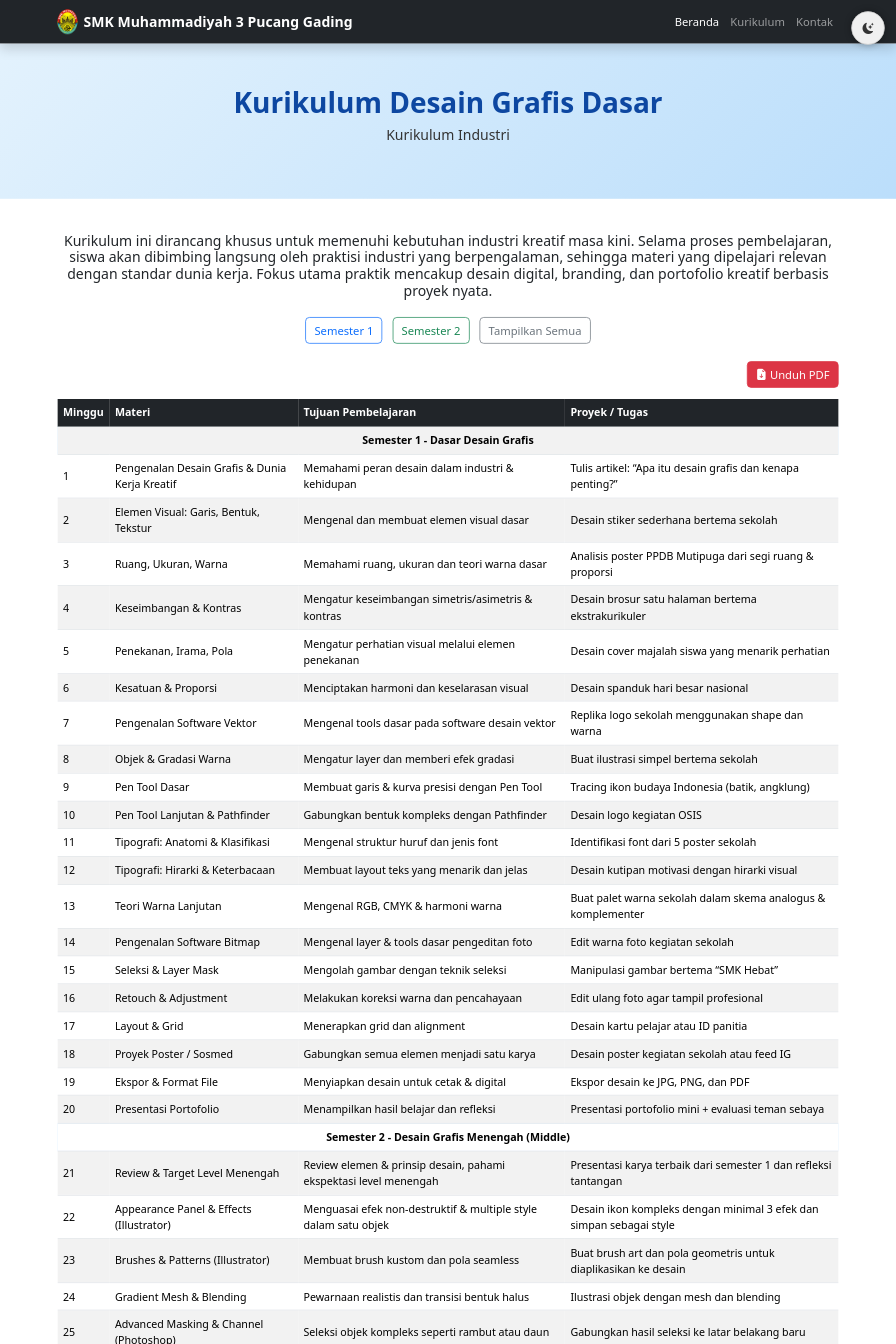
Repository: ppdbsmkmutipuga/kurikulumdesain
Page: index.html
These files come from the project's save history. The page is drawn as it stood at one moment and after the next save; the edit follows.
The browser window is 1280 px wide. The pictures show the part of the page from y = 0 to 1920 px (the page is 2963 px tall before and 2959 px after), at 70% of full size.

Above is the page before, as saved 2025-07-01 05:26:08.

### index.html
<!DOCTYPE html>
<html lang="id">

<head>
    <meta charset="UTF-8" />
    <meta name="viewport" content="width=device-width, initial-scale=1.0" />
    <title>Kurikulum Desain Grafis - SMK Mutipuga</title>
    <link href="https://cdn.jsdelivr.net/npm/bootstrap@5.3.3/dist/css/bootstrap.min.css" rel="stylesheet" />
    <link href="https://cdnjs.cloudflare.com/ajax/libs/aos/2.3.4/aos.css" rel="stylesheet" />
    <link href="https://cdn.jsdelivr.net/npm/bootstrap-icons@1.10.5/font/bootstrap-icons.css" rel="stylesheet">
    <link rel="stylesheet" href="style.css">
    <script src="https://cdnjs.cloudflare.com/ajax/libs/html2pdf.js/0.10.1/html2pdf.bundle.min.js"></script>

</head>

<body>
    <button class="btn btn-outline-light mode-toggle position-fixed top-0 end-0 m-3" onclick="toggleMode()"
        title="Mode Gelap/Terang">
        <i class="bi bi-moon-stars-fill"></i>
    </button>


    <!-- Navbar -->
    <nav class="navbar navbar-expand-lg navbar-dark bg-dark sticky-top shadow">
        <div class="container">
            <a class="navbar-brand d-flex align-items-center gap-2" href="#">
                <img src="images/logo.png" alt="Logo SMK Mutipuga" height="36" />
                <span class="fw-bold text-white">SMK Muhammadiyah 3 Pucang Gading</span>
            </a>
            <button class="navbar-toggler" type="button" data-bs-toggle="collapse" data-bs-target="#navMenu"
                aria-controls="navMenu" aria-expanded="false" aria-label="Toggle navigation">
                <span class="navbar-toggler-icon"></span>
            </button>
            <div class="collapse navbar-collapse" id="navMenu">
                <ul class="navbar-nav ms-auto mb-2 mb-lg-0">
                    <li class="nav-item">
                        <a class="nav-link active" href="#">Beranda</a>
                    </li>
                    <li class="nav-item">
                        <a class="nav-link" href="#pdf-content">Kurikulum</a>
                    </li>
                    <li class="nav-item">
                        <a class="nav-link" href="#footer">Kontak</a>
                    </li>
                </ul>
            </div>
        </div>
    </nav>

    <!-- Hero Section -->
    <section class="hero" data-aos="fade-down">
        <div class="container">
            <h1>Kurikulum Desain Grafis Dasar</h1>
            <p class="lead">Kurikulum Industri</p>
        </div>
    </section>

    <!-- Table Section -->
    <section class="container my-5" data-aos="fade-up">
        <h5 class="section-title text-center">
            Kurikulum ini dirancang khusus untuk memenuhi kebutuhan industri kreatif masa kini.
            Selama proses pembelajaran, siswa akan dibimbing langsung oleh praktisi industri yang berpengalaman,
            sehingga materi yang dipelajari relevan dengan standar dunia kerja.
            Fokus utama praktik mencakup desain digital, branding, dan portofolio kreatif berbasis proyek nyata.
        </h5>

        <div class="filter-buttons">
            <button class="btn btn-outline-primary" onclick="filterSemester(1)">Semester 1</button>
            <button class="btn btn-outline-success" onclick="filterSemester(2)">Semester 2</button>
            <button class="btn btn-outline-secondary" onclick="filterSemester(0)">Tampilkan Semua</button>
        </div>
        <div class="text-end my-3">
            <button class="btn btn-danger" onclick="downloadPDF()">
                <i class="bi bi-file-earmark-arrow-down-fill"></i> Unduh PDF
            </button>
        </div>

        <div id="pdf-content">
            <div class="table-container">
                <div class="table-responsive">
                    <table class="table table-striped table-hover align-middle mb-0" id="kurikulumTable">
                        <thead class="table-dark">
                            <tr>
                                <th scope="col">Minggu</th>
                                <th scope="col">Materi</th>
                                <th scope="col">Tujuan Pembelajaran</th>
                                <th scope="col">Proyek / Tugas</th>
                            </tr>
                        </thead>
                        <tbody>

                            <!-- Data rows akan di-load lewat JS -->
                        </tbody>
                    </table>
                </div>
            </div>
    </section>

    <!-- Footer -->
    <footer>
        &copy; 2025 SMK Muhammadiyah 3 Pucang Gading
    </footer>

    <!-- Scripts -->
    <script src="https://cdn.jsdelivr.net/npm/bootstrap@5.3.3/dist/js/bootstrap.bundle.min.js"></script>
    <script src="https://cdnjs.cloudflare.com/ajax/libs/aos/2.3.4/aos.js"></script>
    <script src="script.js"></script>
</body>

</html>

### style.css
/* =========================
   HERO SECTION
========================= */
.hero {
  padding: 60px 0;
  background: linear-gradient(135deg, #e3f2fd, #bbdefb);
  text-align: center;
}

.hero h1 {
  font-weight: 700;
  font-size: 2.5rem;
  color: #0d47a1;
}

.hero p {
  font-size: 1.25rem;
  color: #333;
}

body.bg-dark .hero {
  background: linear-gradient(135deg, #1e1e1e, #2c2c2c);
}

body.bg-dark .hero h1 {
  color: #90caf9;
}

body.bg-dark .hero p {
  color: #cccccc;
}

/* =========================
   FILTER BUTTONS
========================= */
.filter-buttons {
  text-align: center;
  margin: 20px 0;
}

.filter-buttons .btn {
  margin: 5px;
}

body.bg-dark .btn-outline-primary {
  color: #90caf9;
  border-color: #90caf9;
}

body.bg-dark .btn-outline-success {
  color: #81c784;
  border-color: #81c784;
}

body.bg-dark .btn-outline-secondary {
  color: #b0bec5;
  border-color: #b0bec5;
}

/* =========================
   TABLE SECTION
========================= */
.table-container {
  overflow-x: auto;
}

.table th,
.table td {
  vertical-align: middle !important;
  font-size: 0.95rem;
}

/* Baris header semester (custom row) */
.table .table-header-row {
  background-color: #cce5ff;
  font-weight: 600;
  text-align: center;
}

body.bg-dark .table .table-header-row {
  background-color: #2c3e50;
  color: #ffffff !important;
}

/* DARK MODE TABLE FIX */
body.bg-dark .table,
body.bg-dark .table td,
body.bg-dark .table th {
  color: #f1f1f1 !important;
  background-color: transparent !important;
  opacity: 1 !important;
}

body.bg-dark .table-striped tbody tr:nth-of-type(odd) {
  background-color: #2c2c2c !important;
}

body.bg-dark .table-striped tbody tr:nth-of-type(even) {
  background-color: #1a1a1a !important;
}

body.bg-dark .table-hover tbody tr:hover {
  background-color: #3a3a3a !important;
}

body.bg-dark .table thead th {
  background-color: #111 !important;
  color: #fff !important;
  border-color: #444 !important;
}

body.bg-dark .table-primary {
  background-color: #455a64 !important;
  color: #fff !important;
}

/* =========================
   FOOTER
========================= */
footer {
  padding: 20px;
  text-align: center;
  background-color: #f1f1f1;
  margin-top: 50px;
  font-size: 0.9rem;
  color: #333;
}

body.bg-dark footer {
  background-color: #1e1e1e;
  color: #e0e0e0;
}

/* =========================
   MODE TOGGLE BUTTON
========================= */

.mode-toggle {
  position: fixed;
  top: 15px;
  right: 15px;
  z-index: 1080;
  border-radius: 50%;
  width: 48px;
  height: 48px;
  display: flex;
  align-items: center;
  justify-content: center;
  background-color: #f0f0f0;
  color: #333;
  border: 1px solid #ccc;
  box-shadow: 0 0 10px rgba(0, 0, 0, 0.3);
}

/* Header tabel semester */
.table-header-row {
  background-color: #cce5ff;
  /* mode terang */
  color: #0d47a1;
}

/* Ubah header semester agar lebih gelap dan teks lebih jelas di dark mode */
body.bg-dark .table-header-row {
  background-color: #37474f;
  /* warna gelap yang elegan */
  color: #ffffff;
}

body.bg-dark .mode-toggle {
  background-color: #333;
  color: #fff;
  border: 1px solid #666;
}

/* Footer default */
footer {
  padding: 20px;
  text-align: center;
  background-color: #f1f1f1;
  margin-top: 50px;
  font-size: 0.9rem;
  color: #333;
}

/* Footer saat dark mode */
body.bg-dark footer {
  background-color: #1e1e1e;
  color: #ccc;
}


/* =========================
   RESPONSIVE
========================= */
@media (max-width: 768px) {
  .hero h1 {
    font-size: 1.8rem;
  }

  .hero p {
    font-size: 1rem;
  }

  .table th,
  .table td {
    font-size: 0.85rem;
  }
}

@media (max-width: 576px) {
  .mode-toggle {
    width: 40px;
    height: 40px;
  }

  .hero {
    padding: 40px 0;
  }
}

@media print {
  body {
    background: #fff !important;
    color: #000 !important;
  }

  .mode-toggle,
  .filter-buttons,
  footer {
    display: none !important;
  }

  .table th,
  .table td {
    font-size: 0.75rem;
  }
}

@media print {

  html,
  body {
    width: 210mm;
    height: 297mm;
    margin: 0;
    padding: 0;
    overflow: hidden;
    zoom: 0.75;
    /* Sesuaikan skala agar muat ke PDF */
  }

  .table-container {
    overflow: visible !important;
  }

  .table-responsive {
    overflow: visible !important;
  }

  table {
    table-layout: fixed;
    width: 100% !important;
    word-wrap: break-word;
  }

  .table td,
  .table th {
    font-size: 10pt !important;
    padding: 6px 8px;
    white-space: normal !important;
  }

  .filter-buttons,
  .mode-toggle,
  footer {
    display: none !important;
  }
}

### script.js
// Inisialisasi animasi AOS
AOS.init();

// Data lengkap Week 1–40
const tableData = [
    { week: 'Semester 1 - Dasar Desain Grafis', isHeader: true, semester: 1 },
    { week: 1, materi: 'Pengenalan Desain Grafis & Dunia Kerja Kreatif', tujuan: 'Memahami peran desain dalam industri & kehidupan', tugas: 'Tulis artikel: “Apa itu desain grafis dan kenapa penting?”', semester: 1 },
    { week: 2, materi: 'Elemen Visual: Garis, Bentuk, Tekstur', tujuan: 'Mengenal dan membuat elemen visual dasar', tugas: 'Desain stiker sederhana bertema sekolah', semester: 1 },
    { week: 3, materi: 'Ruang, Ukuran, Warna', tujuan: 'Memahami ruang, ukuran dan teori warna dasar', tugas: 'Analisis poster PPDB Mutipuga dari segi ruang & proporsi', semester: 1 },
    { week: 4, materi: 'Keseimbangan & Kontras', tujuan: 'Mengatur keseimbangan simetris/asimetris & kontras', tugas: 'Desain brosur satu halaman bertema ekstrakurikuler', semester: 1 },
    { week: 5, materi: 'Penekanan, Irama, Pola', tujuan: 'Mengatur perhatian visual melalui elemen penekanan', tugas: 'Desain cover majalah siswa yang menarik perhatian', semester: 1 },
    { week: 6, materi: 'Kesatuan & Proporsi', tujuan: 'Menciptakan harmoni dan keselarasan visual', tugas: 'Desain spanduk hari besar nasional', semester: 1 },
    { week: 7, materi: 'Pengenalan Software Vektor', tujuan: 'Mengenal tools dasar pada software desain vektor', tugas: 'Replika logo sekolah menggunakan shape dan warna', semester: 1 },
    { week: 8, materi: 'Objek & Gradasi Warna', tujuan: 'Mengatur layer dan memberi efek gradasi', tugas: 'Buat ilustrasi simpel bertema sekolah', semester: 1 },
    { week: 9, materi: 'Pen Tool Dasar', tujuan: 'Membuat garis & kurva presisi dengan Pen Tool', tugas: 'Tracing ikon budaya Indonesia (batik, angklung)', semester: 1 },
    { week: 10, materi: 'Pen Tool Lanjutan & Pathfinder', tujuan: 'Gabungkan bentuk kompleks dengan Pathfinder', tugas: 'Desain logo kegiatan OSIS', semester: 1 },
    { week: 11, materi: 'Tipografi: Anatomi & Klasifikasi', tujuan: 'Mengenal struktur huruf dan jenis font', tugas: 'Identifikasi font dari 5 poster sekolah', semester: 1 },
    { week: 12, materi: 'Tipografi: Hirarki & Keterbacaan', tujuan: 'Membuat layout teks yang menarik dan jelas', tugas: 'Desain kutipan motivasi dengan hirarki visual', semester: 1 },
    { week: 13, materi: 'Teori Warna Lanjutan', tujuan: 'Mengenal RGB, CMYK & harmoni warna', tugas: 'Buat palet warna sekolah dalam skema analogus & komplementer', semester: 1 },
    { week: 14, materi: 'Pengenalan Software Bitmap', tujuan: 'Mengenal layer & tools dasar pengeditan foto', tugas: 'Edit warna foto kegiatan sekolah', semester: 1 },
    { week: 15, materi: 'Seleksi & Layer Mask', tujuan: 'Mengolah gambar dengan teknik seleksi', tugas: 'Manipulasi gambar bertema “SMK Hebat”', semester: 1 },
    { week: 16, materi: 'Retouch & Adjustment', tujuan: 'Melakukan koreksi warna dan pencahayaan', tugas: 'Edit ulang foto agar tampil profesional', semester: 1 },
    { week: 17, materi: 'Layout & Grid', tujuan: 'Menerapkan grid dan alignment', tugas: 'Desain kartu pelajar atau ID panitia', semester: 1 },
    { week: 18, materi: 'Proyek Poster / Sosmed', tujuan: 'Gabungkan semua elemen menjadi satu karya', tugas: 'Desain poster kegiatan sekolah atau feed IG', semester: 1 },
    { week: 19, materi: 'Ekspor & Format File', tujuan: 'Menyiapkan desain untuk cetak & digital', tugas: 'Ekspor desain ke JPG, PNG, dan PDF', semester: 1 },
    { week: 20, materi: 'Presentasi Portofolio', tujuan: 'Menampilkan hasil belajar dan refleksi', tugas: 'Presentasi portofolio mini + evaluasi teman sebaya', semester: 1 },
    { week: 'Semester 2 - Desain Grafis Menengah (Middle)', isHeader: true, semester: 2 },
    { week: 21, materi: 'Review & Target Level Menengah', tujuan: 'Review elemen & prinsip desain, pahami ekspektasi level menengah', tugas: 'Presentasi karya terbaik dari semester 1 dan refleksi tantangan', semester: 2 },
    { week: 22, materi: 'Appearance Panel & Effects (Illustrator)', tujuan: 'Menguasai efek non-destruktif & multiple style dalam satu objek', tugas: 'Desain ikon kompleks dengan minimal 3 efek dan simpan sebagai style', semester: 2 },
    { week: 23, materi: 'Brushes & Patterns (Illustrator)', tujuan: 'Membuat brush kustom dan pola seamless', tugas: 'Buat brush art dan pola geometris untuk diaplikasikan ke desain', semester: 2 },
    { week: 24, materi: 'Gradient Mesh & Blending', tujuan: 'Pewarnaan realistis dan transisi bentuk halus', tugas: 'Ilustrasi objek dengan mesh dan blending', semester: 2 },
    { week: 25, materi: 'Advanced Masking & Channel (Photoshop)', tujuan: 'Seleksi objek kompleks seperti rambut atau daun', tugas: 'Gabungkan hasil seleksi ke latar belakang baru', semester: 2 },
    { week: 26, materi: 'Smart Objects & Non-Destructive Workflow', tujuan: 'Menggunakan Smart Object dan Smart Filter dalam editing', tugas: 'Edit foto dengan teknik non-destruktif dan simpan editable', semester: 2 },
    { week: 27, materi: 'Compositing & Manipulasi Foto', tujuan: 'Gabungkan beberapa gambar menjadi satu komposisi yang harmonis', tugas: 'Buat karya bertema surealis/fantasi dengan minimal 3 gambar', semester: 2 },
    { week: 28, materi: 'Font Pairing & Hirarki Tipografi Lanjut', tujuan: 'Gunakan kombinasi font yang efektif dan hirarki teks yang kompleks', tugas: 'Desain halaman majalah atau web dengan 3 level teks dan font pairing', semester: 2 },
    { week: 29, materi: 'Typographic Grid & Readability', tujuan: 'Menggunakan grid dan memahami keterbacaan teks panjang', tugas: 'Rancang ulang artikel agar lebih rapi dan nyaman dibaca', semester: 2 },
    { week: 30, materi: 'Psikologi Warna & Palet Kustom', tujuan: 'Pahami pengaruh warna terhadap persepsi', tugas: 'Buat 2 palet warna untuk brand fiktif, berikan justifikasi', semester: 2 },
    { week: 31, materi: 'Logo & Identitas Visual Dasar', tujuan: 'Pahami jenis-jenis logo dan elemen visual', tugas: 'Analisis logo UKM lokal dan berikan saran pengembangan', semester: 2 },
    { week: 32, materi: 'Logo Variasi & Style Guide Dasar', tujuan: 'Desain versi logo berbeda dan panduan penggunaannya', tugas: 'Buat minimal 3 versi logo + 1 halaman style guide sederhana', semester: 2 },
    { week: 33, materi: 'InDesign: Master Pages', tujuan: 'Mengenal interface dan penggunaan master page', tugas: 'Desain dokumen 4 halaman dengan elemen tetap', semester: 2 },
    { week: 34, materi: 'InDesign: Styles & Text Flow', tujuan: 'Membuat paragraph styles dan mengatur aliran teks', tugas: 'Desain artikel dummy dengan text threading dan paragraph styles', semester: 2 },
    { week: 35, materi: 'UI/UX Design Principles', tujuan: 'Memahami prinsip dasar usability dan perbedaan UI/UX', tugas: 'Analisis aplikasi populer dan evaluasi prinsip usability-nya', semester: 2 },
    { week: 36, materi: 'Desain Elemen UI Dasar', tujuan: 'Desain tombol, form, dan komponen lain dengan berbagai state', tugas: 'Buat set UI: tombol, form, card dengan tampilan konsisten', semester: 2 },
    { week: 37, materi: 'Brief, Riset & Moodboard', tujuan: 'Menganalisis brief dan membuat visual moodboard', tugas: 'Buat moodboard untuk proyek branding fiktif', semester: 2 },
    { week: 38, materi: 'Proyek Integratif', tujuan: 'Menggabungkan semua skill dalam satu proyek besar', tugas: 'Lanjutkan proyek branding/brosur/UI berdasarkan brief', semester: 2 },
    { week: 39, materi: 'Print & Web Optimization', tujuan: 'Optimalkan file desain untuk cetak dan web', tugas: 'Ekspor proyek ke versi cetak (PDF) dan digital (JPG/PNG)', semester: 2 },
    { week: 40, materi: 'Portfolio Review & Karir', tujuan: 'Review proyek akhir dan diskusi karir desain', tugas: 'Presentasikan proyek akhir + 3–5 karya untuk portofolio mini', semester: 2 },
];

const tbody = document.querySelector('#kurikulumTable tbody');

function renderTable(filter) {
    tbody.innerHTML = '';
    let hasPrintedSemester1Header = false;
    let hasPrintedSemester2Header = false;
    tableData.forEach(row => {
        if (filter === 0 || row.semester === filter || row.isHeader) {
            if (row.isHeader) {
                if ((filter === 1 && row.semester === 1 && !hasPrintedSemester1Header) ||
                    (filter === 2 && row.semester === 2 && !hasPrintedSemester2Header) ||
                    filter === 0) {
                    const tr = document.createElement('tr');
                    tr.className = 'table-header-row text-center fw-bold';
                    const td = document.createElement('td');
                    td.setAttribute('colspan', 4);
                    td.textContent = row.week;
                    tr.appendChild(td);
                    tbody.appendChild(tr);
                    if (row.semester === 1) hasPrintedSemester1Header = true;
                    if (row.semester === 2) hasPrintedSemester2Header = true;
                }
            } else {
                if (filter === 0 || row.semester === filter) {
                    const tr = document.createElement('tr');
                    tr.innerHTML = `
            <td>${row.week}</td>
            <td>${row.materi}</td>
            <td>${row.tujuan}</td>
            <td>${row.tugas}</td>
          `;
                    tbody.appendChild(tr);
                }
            }
        }
    });
}

function filterSemester(semester) {
    renderTable(semester);
}

function toggleMode() {
    document.body.classList.toggle('bg-dark');
    document.body.classList.toggle('text-white');
}

renderTable(0);


function downloadPDF() {
    const element = document.getElementById("pdf-content");
    const opt = {
        margin: 0.2,
        filename: "kurikulum-desain-grafis.pdf",
        image: { type: "jpeg", quality: 0.98 },
        html2canvas: {
            scale: 3,        // Lebih tajam
            useCORS: true,   // Jika ada gambar
            allowTaint: true
        },
        jsPDF: {
            unit: "mm",
            format: "a4",
            orientation: "portrait"
        },
        pagebreak: { mode: ['avoid-all', 'css', 'legacy'] }
    };
    html2pdf().set(opt).from(element).save();
}

After the next save:
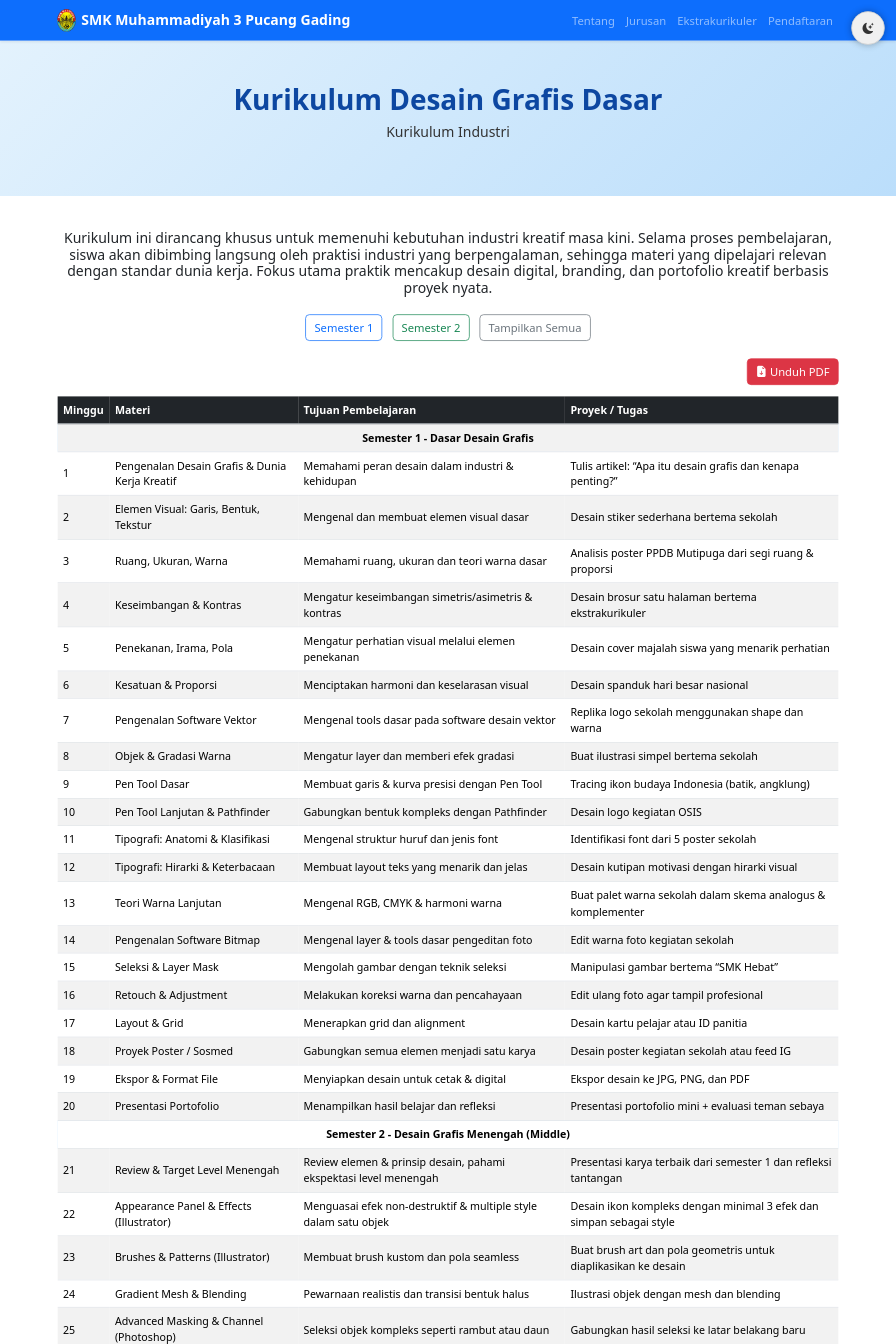
Saved 82 s later.
--- a/index.html
+++ b/index.html
@@ -21,27 +21,23 @@
 
 
     <!-- Navbar -->
-    <nav class="navbar navbar-expand-lg navbar-dark bg-dark sticky-top shadow">
+   <nav class="navbar navbar-expand-lg navbar-dark bg-primary sticky-top shadow-sm">
         <div class="container">
-            <a class="navbar-brand d-flex align-items-center gap-2" href="#">
-                <img src="images/logo.png" alt="Logo SMK Mutipuga" height="36" />
-                <span class="fw-bold text-white">SMK Muhammadiyah 3 Pucang Gading</span>
+            <a class="navbar-brand fw-bold d-flex align-items-center" href="#">
+                <img src="images/logo.png" alt="Logo SMK Mutipuga" height="32" class="me-2">
+                <span class="d-none d-sm-inline">SMK Muhammadiyah 3 Pucang Gading</span>
+                <span class="d-inline d-sm-none">SMK MUTIPUGA</span>
             </a>
             <button class="navbar-toggler" type="button" data-bs-toggle="collapse" data-bs-target="#navMenu"
                 aria-controls="navMenu" aria-expanded="false" aria-label="Toggle navigation">
                 <span class="navbar-toggler-icon"></span>
             </button>
             <div class="collapse navbar-collapse" id="navMenu">
-                <ul class="navbar-nav ms-auto mb-2 mb-lg-0">
-                    <li class="nav-item">
-                        <a class="nav-link active" href="#">Beranda</a>
-                    </li>
-                    <li class="nav-item">
-                        <a class="nav-link" href="#pdf-content">Kurikulum</a>
-                    </li>
-                    <li class="nav-item">
-                        <a class="nav-link" href="#footer">Kontak</a>
-                    </li>
+                <ul class="navbar-nav ms-auto">
+                    <li class="nav-item"><a class="nav-link" href="#tentang">Tentang</a></li>
+                    <li class="nav-item"><a class="nav-link" href="#jurusan">Jurusan</a></li>
+                    <li class="nav-item"><a class="nav-link" href="#ekskul">Ekstrakurikuler</a></li>
+                    <li class="nav-item"><a class="nav-link" href="#pendaftaran">Pendaftaran</a></li>
                 </ul>
             </div>
         </div>
